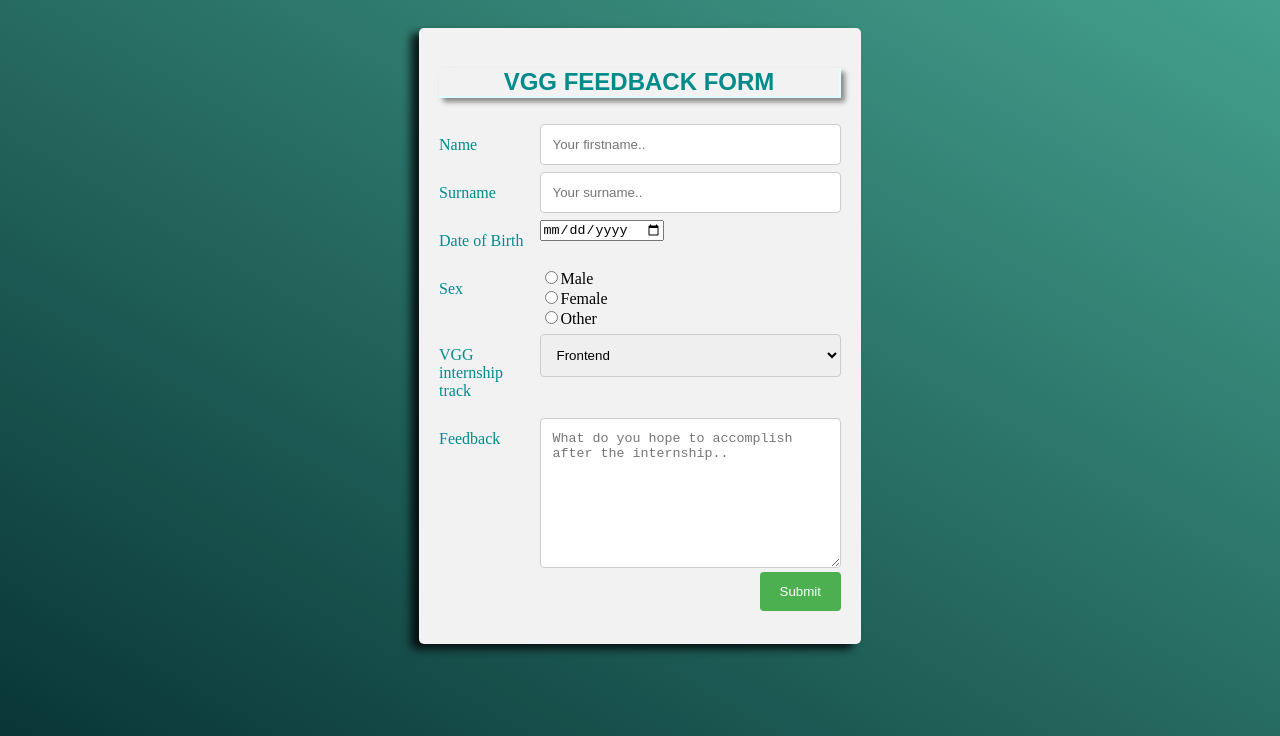
Repository: iphyokafor/VGG-Feedback-form
Page: index2.html
An editor plug-in stored every save of this project. The page is shown before and after the next save, followed by the edit.
The browser window is 1280 px wide. The pictures show the whole page.

Above is the page before, as saved 2020-01-13 01:29:28.

### index2.html
<!DOCTYPE html>
<html lang="en">

<head>
    <meta charset="UTF-8">
    <meta name="viewport" content="width=device-width, initial-scale=1.0">
    <meta http-equiv="X-UA-Compatible" content="ie=edge">
    <title>VGG feedback form</title>
    <link rel="stylesheet" href="./main.css">
</head>

<body>
    <div class="container">
        <form>
            <h2 class="heading">Vgg feedback form</h2>
            <div class="row">
                <div class="col-25">
                    <label for="name">Name</label>
                </div>
                <div class="col-75">
                    <input type="text" class="txtinput" id="name" name="name" placeholder="Your firstname..">
                </div>
            </div>
            <div class="row">
                <div class="col-25">
                    <label for="surname">Surname</label>
                </div>
                <div class="col-75">
                    <input type="text" class="txtinput" id="surname" name="surname" placeholder="Your surname..">
                </div>
            </div>
            <div class="row">
                <div class="col-25">
                    <label for="dob">Date of Birth</label>
                </div>
                <div class="col-75">
                    <input type="date" id="date" name="date">
                </div>
            </div>
            <div class="row">
                <div class="col-25">
                    <label for="sex">Sex</label>
                </div>
                <div class="col-75">
                    <input type="radio" name="gender">Male<br>
                    <input type="radio" name="gender">Female<br>
                    <input type="radio" name="gender">Other
                </div>
            </div>
            <div class="row">
                <div class="col-25">
                    <label for="VGG internship">VGG internship track</label>
                </div>
                <div class="col-75">
                    <select id="VGG internship" name="VGG">
            <option value="frontend">Frontend</option>
            <option value="backend">Backend</option>
            <option value="ui/ux">UI/UX</option>
            <option value="software">Software Quality Assurance</option>
            <option value="devops">DevOps</option>
          </select>
                </div>
            </div>
            <div class="row">
                <div class="col-25">
                    <label for="feedback">Feedback</label>
                </div>
                <div class="col-75">
                    <textarea id="feedback" name="feedback" placeholder="What do you hope to accomplish after the internship.." style="height:150px"></textarea>
                </div>
            </div>
            <div class="row">
                <input type="submit" class="btn" value="Submit">
            </div>
        </form>
    </div>

</body>

</html>

### main.css
/* Style inputs, select elements and textareas */

body {
    display: flex;
    justify-content: center;
    flex-wrap: wrap;
    background: linear-gradient(to right top, #093637, #44A08D);
    background-repeat: no-repeat;
    height: 100vh;
}

.txtinput,
select,
textarea {
    width: 100%;
    padding: 12px;
    border: 1px solid #ccc;
    border-radius: 4px;
    box-sizing: border-box;
    resize: vertical;
}


/* Style the label to display next to the inputs */

label {
    padding: 12px 12px 12px 0;
    display: inline-block;
}


/* Style the submit button */

.btn {
    background-color: #4CAF50;
    color: white;
    padding: 12px 20px;
    border: none;
    border-radius: 4px;
    cursor: pointer;
    float: right;
    transition: all 1s;
}

.btn:hover {
    transform: scale(1.1);
}


/* Style the container */

.container {
    height: 80vh;
    margin-top: 20px;
    border-radius: 5px;
    background-color: #f2f2f2;
    padding: 20px;
    box-shadow: -8px 5px 8px rgba(0, 0, 0, 0.8);
    transition: border 0.15s linear 0s, linear 0s, color 0.15s linear 0s;
}

.heading {
    text-transform: uppercase;
    font-family: Arial, Helvetica, sans-serif;
    color: darkcyan;
    border-bottom: 2px solid lightcyan;
    border-right: 2px solid lightcyan;
    box-shadow: 4px 4px 5px #888888;
    width: 400px;
    text-align: center;
}


/* Floating column for labels: 25% width */

.col-25 {
    float: left;
    width: 25%;
    margin-top: 6px;
    color: darkcyan;
}


/* Floating column for inputs: 75% width */

.col-75 {
    float: left;
    width: 75%;
    margin-top: 6px;
}


/* Clear floats after the columns */

.row:after {
    content: "";
    display: table;
    clear: both;
}


/* Responsive layout - when the screen is less than 600px wide, make the two columns stack on top of each other instead of next to each other */

@media screen and (max-width: 600px) {
    .col-25,
    .col-75,
    input[type=submit] {
        width: 100%;
        margin-top: 0;
    }
}

After the next save:
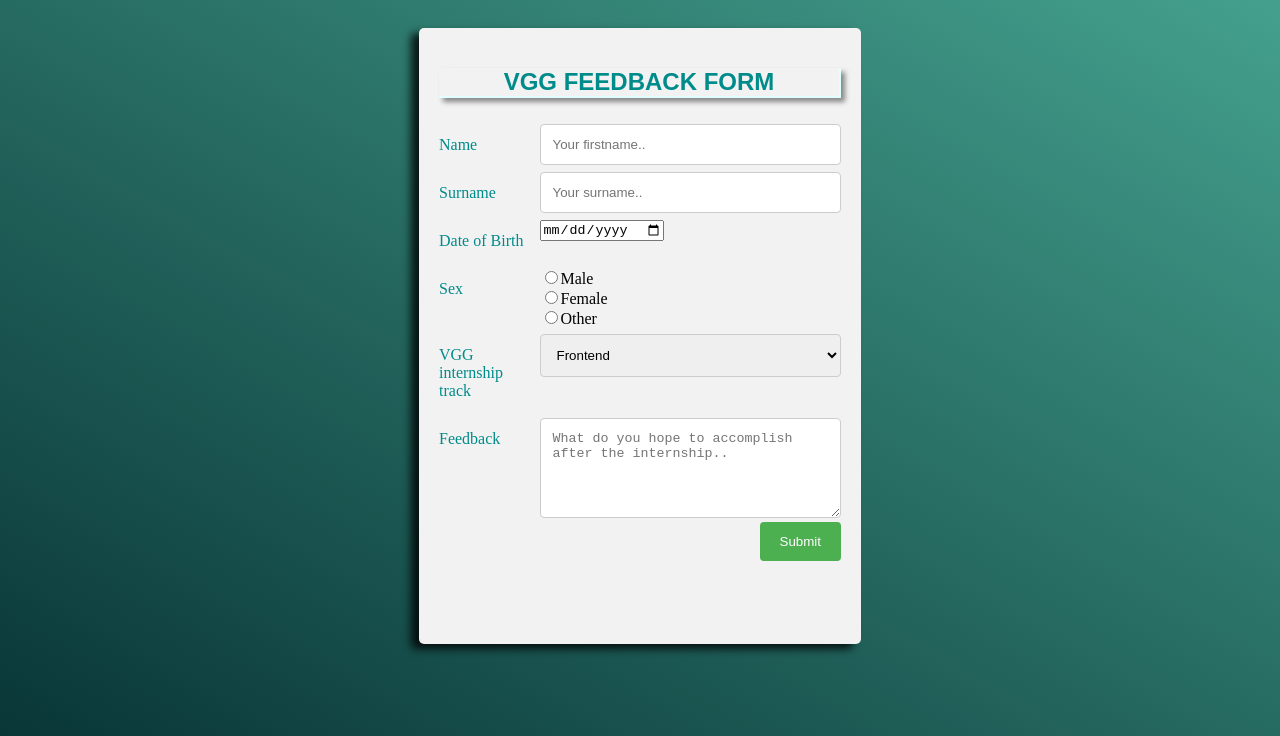
Saved 46 s later.
--- a/index2.html
+++ b/index2.html
@@ -66,7 +66,7 @@
                     <label for="feedback">Feedback</label>
                 </div>
                 <div class="col-75">
-                    <textarea id="feedback" name="feedback" placeholder="What do you hope to accomplish after the internship.." style="height:150px"></textarea>
+                    <textarea id="feedback" name="feedback" placeholder="What do you hope to accomplish after the internship.." style="height:100px"></textarea>
                 </div>
             </div>
             <div class="row">
